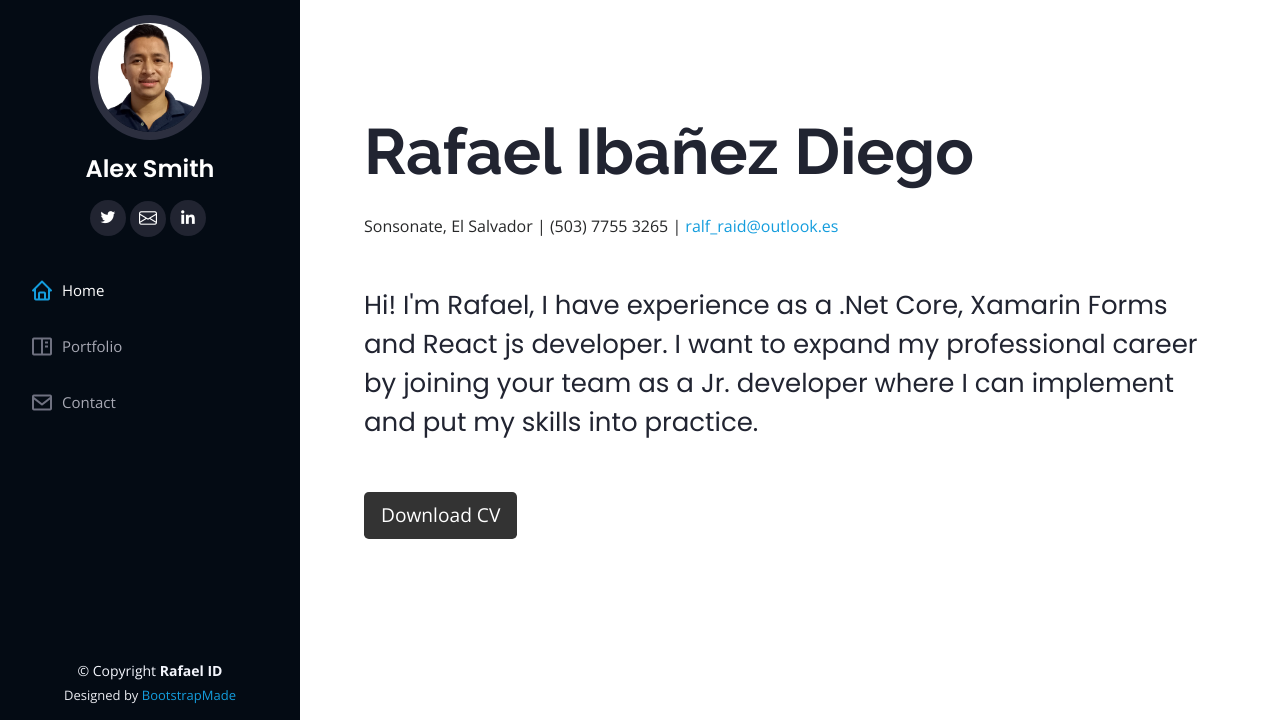
Repository: ralfId/myportfolio
Page: /
These files come from the project's save history. The page is drawn as it stood at one moment and after the next save; the edit follows.
The browser window is 1280 px wide. The pictures show the whole page.
The pointer rests on the first visible `#hero button`.
The project was rebuilt for these pictures with package versions that can differ from the ones it lists, and the page was loaded fresh each time. Also part of the build but not shown: src/data/projects.js, src/components/Projects/ProjectItem.js, src/components/Projects/ProjectIndex.js, src/helpers/ProjectById.js, src/components/Projects/ProjectDetail.js.

Above is the page before, as saved 2021-09-20 16:34:40.

After the next save:
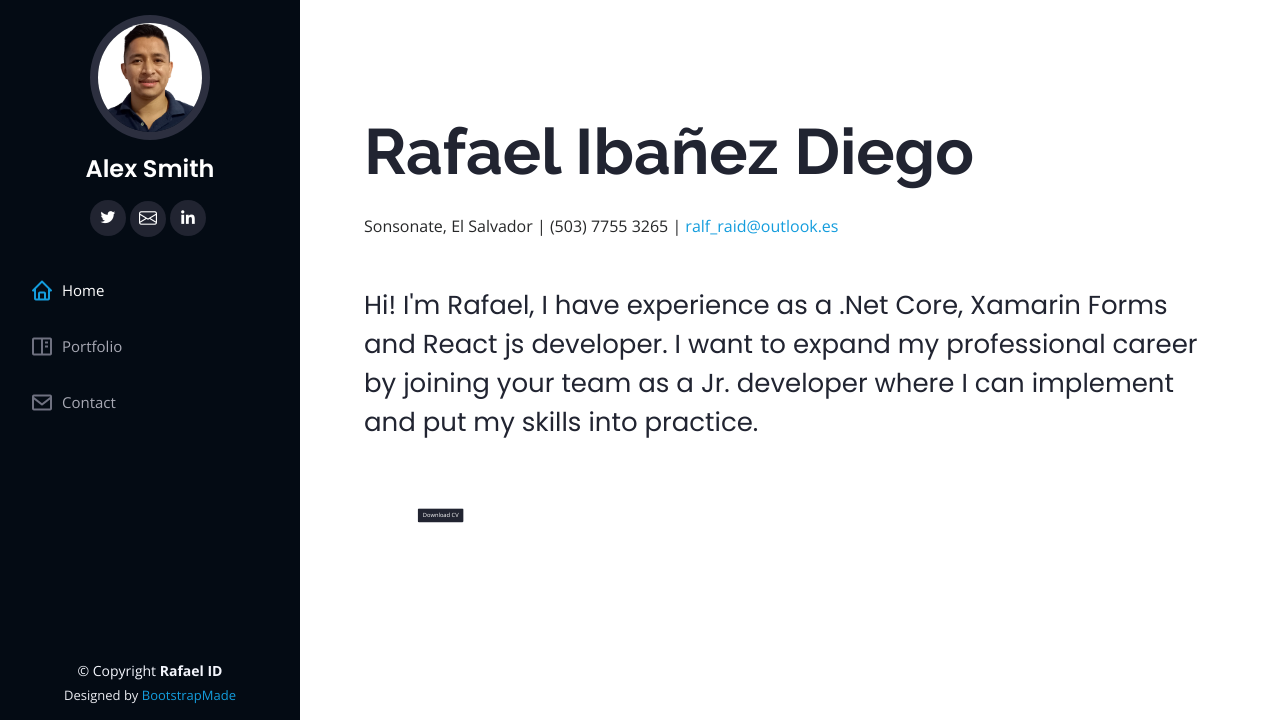
Saved 91 s later.
--- a/public/css/style.css
+++ b/public/css/style.css
@@ -271,8 +271,10 @@ h1, h2, h3, h4, h5, h6 {
   font-weight:600;
 }
 #hero button:hover {
-  background: #333;
-  color: #fff;
+  transform: scale(0.3);
+  transition: all 1s;
+  display: block;
+  overflow: hidden;
 }
 
 @media (min-width: 1024px) {
